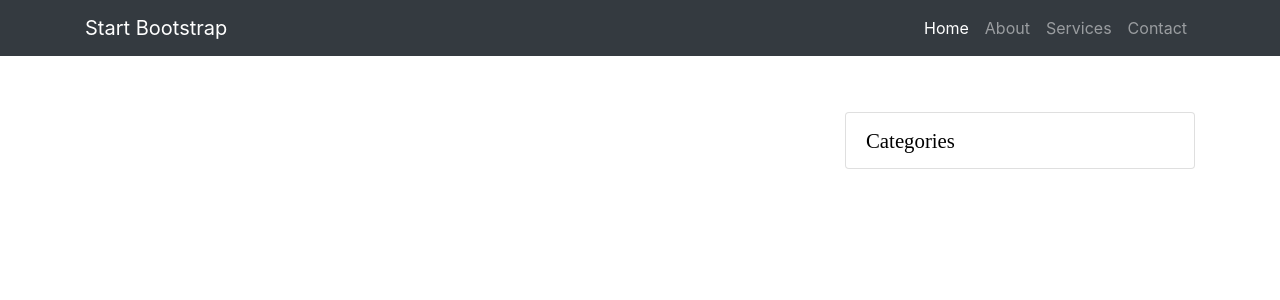
Repository: mohammedaniz/Blog-App
Page: /blogs
The author's editor kept a copy of each file at every save. The page is drawn from the files as they stood at one save, then again after the next save.
The browser window is 1280 px wide. The pictures show the whole page.
The page's requests for data from a server got no answer. Some web fonts or font styles are not loaded; a fallback is used. The project was rebuilt for these pictures with package versions that can differ from the ones it lists, and the page was loaded fresh each time. No one was signed in, and anything a server would have sent is missing. Also part of the build but not shown: src/components/Components/Feed.component.vue, src/components/Components/Spinner.component.vue, src/components/Components/Tag.component.vue, src/components/Components/Feed.Details.vue, src/components/Components/Feed.Category.component.vue.

Above is the page before, as saved 2020-09-13 15:28:35.

### public/index.html
<!DOCTYPE html>
<html lang="en">
  <head>
    <link href="https://fonts.googleapis.com/css2?family=Anton&family=Archivo+Black&family=Bebas+Neue&family=Noto+Sans+JP:wght@900&family=Pacifico&family=Patua+One&family=Roboto:wght@300&display=swap" rel="stylesheet">
    <meta charset="utf-8">
    <meta http-equiv="X-UA-Compatible" content="IE=edge">
    <meta name="viewport" content="width=device-width,initial-scale=1.0">
    <link rel="icon" href="<%= BASE_URL %>favicon.ico">
    <title><%= htmlWebpackPlugin.options.title %></title>
  </head>
  <body>
    <noscript>
      <strong>We're sorry but <%= htmlWebpackPlugin.options.title %> doesn't work properly without JavaScript enabled. Please enable it to continue.</strong>
    </noscript>
    <div id="app"></div>
    <!-- built files will be auto injected -->
  </body>
</html>

### src/main.js
import Vue from 'vue'
import App from './App.vue'
import './registerServiceWorker'
import router from './router'
import store from './store'

import 'bootstrap';
import 'bootstrap/dist/css/bootstrap.min.css';
import 'jquery';
import 'popper.js';

Vue.component('pulse-loader', require('vue-spinner/src/PulseLoader.vue'));

Vue.config.productionTip = false

new Vue({
  router,
  store,
  render: h => h(App)
}).$mount('#app')

### src/App.vue
<template>
  <div id="app">
    <router-view/>
  </div>
</template>

<style lang="scss">
body{
  padding-top: 56px;
  // font-family: 'Anton', sans-serif;
  // font-family: 'Archivo Black', sans-serif;
  // font-family: 'Bebas Neue', cursive;
  // font-family: 'Noto Sans JP', sans-serif;
  // font-family: 'Pacifico', cursive;
  // font-family: 'Patua One', cursive;
  font-family: 'Roboto', sans-serif;
}

</style>

### src/router/index.js
import Vue from 'vue'
import VueRouter from 'vue-router'
import FeedLayout from '../components/Layouts/Feed.Layout.vue'
import FeedDetails from '../components/Components/Feed.Details.vue';

import HomepageLayout from '../components/Layouts/Homepage.layout.vue';
import FeedCategoryComponent from '../components/Components/Feed.Category.component.vue';

Vue.use(VueRouter)

const routes = [
  {
    path: '/blogs',
    component: HomepageLayout,
    children : [{
      path : ':id',
      name : 'Blog',
      component : FeedDetails
    },{
      path :'',
      component : FeedLayout
    },{
      name : 'BLOGS_BY_CATEGORYNAME',
      path :'categories/:category',
      component :FeedCategoryComponent
    }]
  }
]

const router = new VueRouter({
  mode: 'history',
  base: process.env.BASE_URL,
  routes
})

export default router

### src/store/index.js
import Vue from 'vue'
import Vuex from 'vuex'
import blog from './modules/blog.module';
import category from './modules/category.module';

Vue.use(Vuex)

export default new Vuex.Store({
  state: {
  },
  mutations: {
  },
  actions: {
  },
  modules: {
    blog,
    category
  }
})

### src/components/Layouts/Feed.Layout.vue
<template>
    <div class="container">
    <div class="row">
      <div class="col-md-7"  >
        <Spinner v-if="GET_LOADING_STATUS_GETTER" />
        <div v-else>
          <Feed v-for="(post,index) in GET_ALL_BLOGS_SORTED_BY_CREATED_DATE_AND_PAGINATED_GETTER" :key="index" :post="post" />
        </div>
      </div>
      <div class="col-md-1">
      </div>
      <div class="col-md-4">
          <CategoryComponent />
      </div>
    </div>
  </div>
</template>
<script>
import Feed from '../../components/Components/Feed.component';
import axios from '../../axios/axios.config';
import moment from 'moment';
import Spinner from '../Components/Spinner.component';
import {mapGetters,mapActions} from 'vuex';
import LoadingSpinner from '../Components/Spinner.component';
import CategoryComponent from '../Components/Category.component';
export default {
    computed : {
      ...mapGetters(['GET_RECORDS_VALUE_GETTER','GET_ALL_BLOGS_SORTED_BY_CREATED_DATE_AND_PAGINATED_GETTER','GET_LOADING_STATUS_GETTER'])
    },
    data(){
        return{
            spinnerStatus : true,
            posts : this.GET_ALL_BLOGS_SORTED_BY_CREATED_DATE_AND_PAGINATED_GETTER
        }
    },methods : {
      ...mapActions(['SET_RECORDS_VALUE_ACTION']),
        getTimeline(time){
            if(time){
                return moment(time, "YYYYMMDD").fromNow();
            }
        },
        loadItemOnScroolBottom(){
          window.onscroll = () => {
            let bottom = document.documentElement.scrollTop + window.innerHeight === document.documentElement.offsetHeight;

            if (bottom) {
              let currentRecords = this.GET_RECORDS_VALUE_GETTER;
              let newRecords = currentRecords + 2;
              this.SET_RECORDS_VALUE_ACTION(newRecords);
            }
          };
        }
    },components : {
        Spinner,
        Feed,
        CategoryComponent
    },mounted(){
        this.spinnerStatus = false;
        // console.log('stat' , this.GET_ALL_BLOGS)
        this.loadItemOnScroolBottom();

    }
}
</script>
<style scoped>

</style>

### src/components/Layouts/Homepage.layout.vue
<template>
    <div>
         <app-header></app-header>
        <keep-alive>
            <router-view></router-view>
        </keep-alive>
    </div>

</template>
<script>
import { mapActions } from 'vuex';
import Header from '../Navigations/Header.component';
import Feed from '../Layouts/Feed.Layout';
import axios from '../../axios/axios.config';
export default {
    data(){
        return {
            posts : [],
            spinnerStatus : false
        }
    },
    components : {
        appHeader : Header ,
        appFeed : Feed
    },
    methods : {
         ...mapActions(['SET_ALL_BLOGS_ACTION','SET_BLOG_ERRORS_ACTION','SET_ALL_CATEGORIES_ACTION'])
    },
    created(){
        axios.get('/v1.1/sites/107403796/posts').then(response => {
            console.log('data---> ', response.data)
           if(response.data.posts){
            this.SET_ALL_BLOGS_ACTION(response.data.posts);
           }
       }).catch((error) => {
           this.SET_BLOG_ERRORS_ACTION(error);
       });

       axios.get('/v1.1/sites/107403796/categories').then(data => {
        // console.log('data =====> ' , data);
           this.SET_ALL_CATEGORIES_ACTION(data.data.categories);
       }).catch(error => {

       })
    }

}
</script>
<style scoped>

</style>

### src/store/modules/blog.module.js
const state = {
    blogs : [],
    categories : [],
    offset : 0,
    records : 2,
    errors : {
        blogErrors : null
    },
    loadingStatus : false
};

const getters  = {
    'GET_RECORDS_VALUE_GETTER':(state) => {
        return state.records;
    },
    'GET_ALL_BLOGS':(state) => {
        return state.blogs;
    },'GET_ALL_BLOGS_SORTED_BY_CREATED_DATE_AND_PAGINATED_GETTER':(state) => {
        return state.blogs.sort((post1,post2) =>{
            return new Date(post2.date) - new Date(post1.date);
        }).slice(state.offset,state.records)
    },'GET_A_BLOG_BY_ID':(state) => {
        return (id) => {
            let blogs = state.blogs;
            if(id && blogs){
                return state.blogs.find(blog => blog.ID == id);
            }
        }
    },
    'GET_LOADING_STATUS_GETTER':(state) =>{
        return state.loadingStatus;
    }


}

const mutations = {
    'SET_ALL_BLOGS_MUTATION' : (state,payload) => {


        if(payload){

             (state.blogs = payload);
                state.loadingStatus = false

        }


    },
    'SET_BLOG_ERRORS_MUTATION' :(state, errors)=> {

        if(errors){
            state.errors.blogErrors = errors;
            // state.loadingStatus = false
        }

    },
    'SET_LOADING_TO_TRUE_MUTATION':(state) => {
        state.loadingStatus = true
    },'SET_LOADING_TO_FALSE_MUTATION':(state) => {
        state.loadingStatus = false
    },'SET_ALL_CATEGORIES_MUTATION':(state, categories) => {
        if(categories){
            state.categories = categories
        }
    },'SET_RECORDS_VALUE_MUTATION':(state, records) => {
        if(records){
            state.records = records
        }
    }

}

const actions = {
    'SET_ALL_BLOGS_ACTION': ({commit},payload) => {
        commit('SET_LOADING_TO_TRUE_MUTATION');
        commit('SET_ALL_BLOGS_MUTATION',payload);
    },
    'SET_BLOG_ERRORS_ACTION' :({commit}, errors)=> {

        if(errors)
            commit('SET_BLOG_ERRORS_MUTATION',errors);
    },
    'SET_RECORDS_VALUE_ACTION':({commit},records) => {
        if(records){
            commit('SET_RECORDS_VALUE_MUTATION',records);
        }
    }
}

export default {
    state,
    getters,
    mutations,
    actions
}

### src/store/modules/category.module.js
const state = {
    categories : [],
    errors : null,
    loadingStatus : false
};

const getters  = {
    'GET_ALL_CATEGORY':(state) => {
        console.log('Invocked  ----------- ', state.categories)
        return state.categories;
    },'GET_A_CATEGORY_BY_ID':(state) => {
        return (id) => {
            let categories = state.categories;
            if(id && categories){
                return state.categories.find(category => category.ID == id);
            }
        }
    }


}

const mutations = {
   'SET_ALL_CATEGORIES_MUTATION':(state, categories) => {
        if(categories){
            state.categories = categories
        }
    }

}

const actions = {

    'SET_ALL_CATEGORIES_ACTION':({commit},categories) => {
        if(categories){
            commit('SET_ALL_CATEGORIES_MUTATION',categories);
        }
    }
}

export default {
    state,
    getters,
    mutations,
    actions
}

### src/axios/axios.config.js
import axios from 'axios';

const instance = axios.create({
    baseURL : 'https://public-api.wordpress.com/rest'
})

export default instance;

### src/components/Components/Category.component.vue
<template>
    <ul class="list-group mb-4">
        <li class="list-group-item "><span class="list-group-item-title text-center">Categories</span></li>
        <router-link :to="{name :'BLOGS_BY_CATEGORYNAME',params : {category :category.name } }" v-for="category in GET_ALL_CATEGORY" :key="category.ID"  class="list-group-item">{{category.name}}</router-link>
    </ul>
</template>

<script>
import {mapGetters} from 'vuex';
export default {
    computed: {
        ...mapGetters(['GET_ALL_CATEGORY'])
    }
}
</script>
<style>
.list-group {
    padding-top: 56px;
}
.list-group-item-title{
    font-size: 1.3rem;
}
.list-group-item{
    font-size: .9rem;
    color: black;
    font-family: 'Patua One', cursive;
}

.list-group-item:hover{
    font-size: .9rem;
    text-decoration: none;
    color: black;
}
</style>

### src/components/Navigations/Header.component.vue
<template>
    <nav class="navbar navbar-expand-lg navbar-dark bg-dark fixed-top">
    <div class="container">
      <a class="navbar-brand" href="#">Start Bootstrap</a>
      <button class="navbar-toggler" type="button" data-toggle="collapse" data-target="#navbarResponsive" aria-controls="navbarResponsive" aria-expanded="false" aria-label="Toggle navigation">
        <span class="navbar-toggler-icon"></span>
      </button>
      <div class="collapse navbar-collapse" id="navbarResponsive">
        <ul class="navbar-nav ml-auto">
          <li class="nav-item active">
            <a class="nav-link" href="#">Home
              <span class="sr-only">(current)</span>
            </a>
          </li>
          <li class="nav-item">
            <a class="nav-link" href="#">About</a>
          </li>
          <li class="nav-item">
            <a class="nav-link" href="#">Services</a>
          </li>
          <li class="nav-item">
            <a class="nav-link" href="#">Contact</a>
          </li>
        </ul>
      </div>
    </div>
  </nav>
</template>
<script>
import MainLogo from '../../assets/main-logo.png';
export default {
    components : {
      MainLogo
    }
}
</script>

Loaded but not shown: src/registerServiceWorker.js (common file)

After the next save:
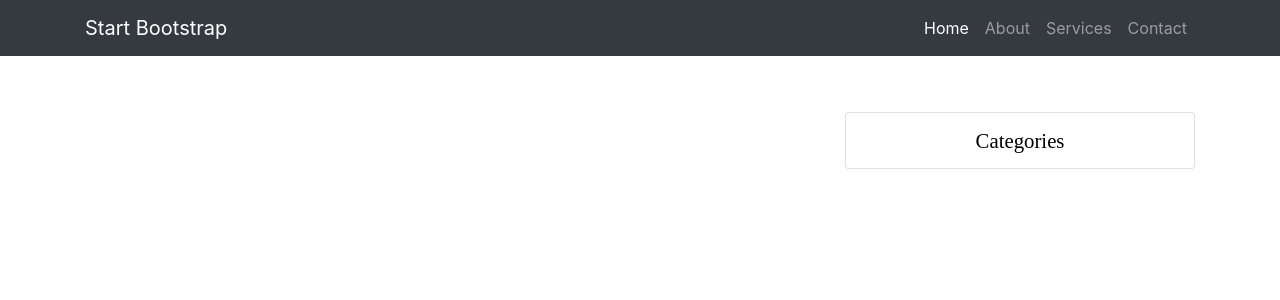
Saved 12 s later.
--- a/src/components/Components/Category.component.vue
+++ b/src/components/Components/Category.component.vue
@@ -1,6 +1,6 @@
 <template>
     <ul class="list-group mb-4">
-        <li class="list-group-item "><span class="list-group-item-title text-center">Categories</span></li>
+        <li class="list-group-item text-center "><span class="list-group-item-title ">Categories</span></li>
         <router-link :to="{name :'BLOGS_BY_CATEGORYNAME',params : {category :category.name } }" v-for="category in GET_ALL_CATEGORY" :key="category.ID"  class="list-group-item">{{category.name}}</router-link>
     </ul>
 </template>

After the save that followed:
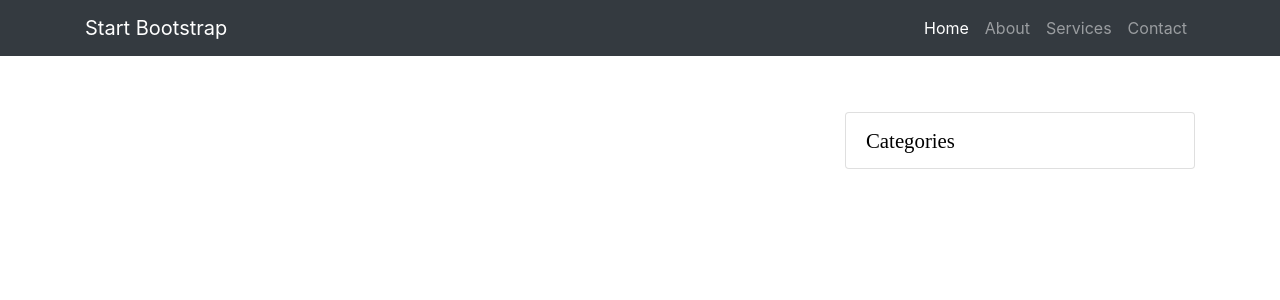
Saved 10 s later.
--- a/src/components/Components/Category.component.vue
+++ b/src/components/Components/Category.component.vue
@@ -1,6 +1,6 @@
 <template>
     <ul class="list-group mb-4">
-        <li class="list-group-item text-center "><span class="list-group-item-title ">Categories</span></li>
+        <li class="list-group-item "><span class="list-group-item-title ">Categories</span></li>
         <router-link :to="{name :'BLOGS_BY_CATEGORYNAME',params : {category :category.name } }" v-for="category in GET_ALL_CATEGORY" :key="category.ID"  class="list-group-item">{{category.name}}</router-link>
     </ul>
 </template>
